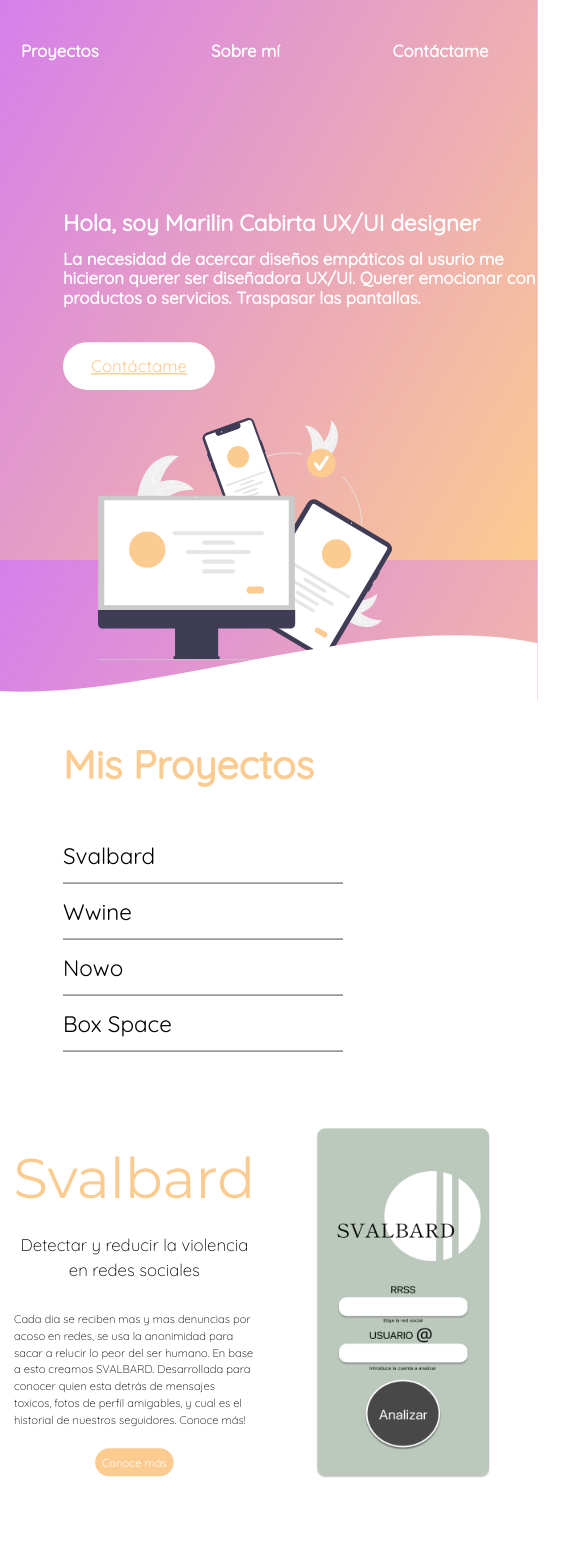
Repository: Marilyncabirta/portfolioHTML
Page: index.html
An editor plug-in stored every save of this project. The page is shown before and after the next save, followed by the edit.
The browser window is 768 px wide. The page is 818 px wide, so the pictures cover 818 px, including what lies to the right of the window. The pictures show the part of the page from y = 0 to 2240 px (the page is 4553 px tall), at 70% of full size.
Backgrounds fixed to the window are drawn as part of the page. Some web libraries are served in a nearby version.

Above is the page before, as saved 2022-12-16 13:05:28.

### index.html
<!DOCTYPE html>
<html lang="es">
<head>
    <meta charset="UTF-8">
    <meta name="viewport" content="width=device-width, initial-scale=1.0">
    <title>Portafolio AlexCG</title>
    <link rel="stylesheet" href="css/normalize.css">
    <link rel="stylesheet" href="css/estilos.css">
    <link rel="preconnect" href="https://fonts.googleapis.com">
<link rel="preconnect" href="https://fonts.gstatic.com" crossorigin>
<link href="https://fonts.googleapis.com/css2?family=Montserrat:wght@100;400;700&family=Quicksand:wght@300;400&display=swap" rel="stylesheet">
</head>


<body>

    <header class="hero">
        <div class="contenedor">
            <nav class="nav">
                <a href="" class="nav__items nav__items--cta">Proyectos</a>
                <a href="" class="nav__items">Sobre mí</a>
                <a href="" class="nav__items">Contáctame</a>
            </nav>

            <section class="hero__contenedor">
                <div class="hero__texts">
                    <h1 class="hero__title">Hola, soy Marilin Cabirta UX/UI designer</h1>
                    <h2 class="hero_subtitle">La necesidad de acercar diseños empáticos al usurio me hicieron querer ser diseñadora UX/UI. Querer emocionar con productos o servicios. Traspasar las pantallas.</h2>
                    <a href="" class="hero_cta">Contáctame</a>
                </div>
                <div class="contenedor_ilustraciones">
                    <img class="hero_image" src="assets/hero1.svg" alt="marilincabirta">
                </div>
            </section>
        </div>
        <div>
            <div class="hero_wave" style= "overflow:hidden;" ><svg viewBox="0 0 500 150" preserveAspectRatio="none" style="height: 100%; width: 100%;"><path d="M-0.56,130.76 C150.00,150.00 349.20,-49.99 503.38,30.10 L500.00,150.00 L0.00,150.00 Z" style="stroke: none; fill: #fff;"></path></svg></div>
        </div>
    </header>

    <main >
        <section class="presentacion__container">
            <h2 class="subtitle--h2">Mis Proyectos</h2>
            <div class="lista">
                <ul>
                    <li><a class="nombres" href="#">Svalbard<a></li>
                        <div class="linea"></div>
                    <li><a class="nombres" href="#">Wwine</a></li>
                        <div class="linea"></div>
                    <li><a class="nombres" href="#">Nowo</a></li>
                        <div class="linea"></div>
                    <li><a class="nombres" href="#">Box Space</a></li>
                        <div class="linea"></div>

                </ul>
            </div>
        </section>

        <section class="about__container">
            <div class="about__texts">
                <h2 class="subtitle">Svalbard</h2>
                <p class="about__paragraph">Detectar y reducir la violencia en redes sociales</p>
                <p class="about__content">Cada dia se reciben mas y mas denuncias por acoso en redes, se usa la anonimidad para sacar a relucir lo peor del ser humano. En base a esto creamos SVALBARD. Desarrollada para conocer quien esta detrás de mensajes toxicos, fotos de perfil amigables, y cual es el historial de nuestros seguidores. Conoce más!</p>
                <a class="about__button" href="">Conoce más</a>
            </div>
            <div class="about__img">
                <img class="about__picture" src="assets/LOG IN.png"   alt="">
            </div>
        </section>

        <section class="about__container">
            <div class="about__img">
                <img src="assets/wwine mockup.jpg" class="about__picture"alt="">
            </div>
            <div class="about__texts">
                <h2 class="subtitle">Wwine</h2>
                <p class="about__paragraph">¿Quién no ha deseado alguna vez poder saber más de un vino antes de comprarlo?</p>
                <p class="about__content">Le damos forma a los deseos de todos los consumidores de vino y desarrollamos este dispositivo para poder conocer las propiedades olfativas de un vino antes de comprarlo. No nos crees? Te contamos más!</p>
                <a class="about__button" href="">Conoce más</a>
            </div>

        </section>

        <section class="about__container">
            <div class="about__texts">
                <h2 class="subtitle">Nowo</h2>
                <p class="about__paragraph">Mejoramos tu forma de viajar</p>
                <p class="about__content">Millones de personas se desplazan todos los días por ocio o por trabajo y su principal carga son las maletas. Venimos a revolucionar el concepto de viajar. Nosotros nos ocupamos de las maletas, ofreciéndote los packs más completos para que nada te falte!</p>
                <a class="about__button" href="">Conoce más</a>
            </div>
            <div class="about__img">
                <img src="assets/Nowo by rebellion 1.jpg" class="about__picture" alt="">
            </div>
        </section>

        <section class="about__container">
            <div class="about__img">
                <img src="assets/mock uo.jpg" class="about__picture" alt="">
            </div>
            <div class="about__texts">
                <h2 class="subtitle">Box Space</h2>
                <p class="about__paragraph">Como conseguimos que haya más usuarios en los parques urbanos?</p>
                <p class="about__content">Esta App fue creada para mejorar la asistencia a los parques urbanos. En un mundo con prisas, acercamos la tecnología y la era digital a aquellos entornos naturales que nos encanta disfrutar, pero que todavía no nos permiten desarrollar todas nuestras facetas diarias cómodamente.Descúbrela!</p>
                <a class="about__button" href="">Conoce más</a>
            </div>

        </section>

    </main>

    <footer class="footer">
        <div container class="container footer__grid">
            <nav class="nav nav--footer">
                <a class="nav_items nav__items--footer" href="">Inicio </a>
                <a class="nav_items nav__items--footer" href="">Sobre mí</a>
                <a class="nav_items nav__items--footer" href="">Proyectos</a>
            </nav>

            <section class="footer__contact">
                <h3 class="footer__title"> Contáctame</h3>
                <div class="footer__icons">
                    <span class="footer__container-icons">
                        <a href="#" class="fab fa-medium footer__icon"></a>
                    </span>
                    <span class="footer__container-icons">
                        <a href="#" class="fab fa-linkedin footer__icon"></a>
                    </span>
                    <span class="footer__container-icons">
                        <a href="#" class="fab fa-mailchimp footer__icon"></a>
                    </span>

                </div>
            </section>



        </div>
    </footer>







    <script src="https://kit.fontawesome.com/b4fd9d412c.js" crossorigin="anonymous"></script>
</body>
</html>

### css/estilos.css

@import url('https://fonts.googleapis.com/css2?family=Montserrat:wght@100;400;700&family=Quicksand:wght@300;400&display=swap');


:root{
    --background:linear-gradient(120deg,#d57feb   0%,#fccb90 100%);
    --color-secondary:#fccb90;
    --color-primary: white;
    --boton-padding: 20px 40px;
}
body{

    font-family: 'Montserrat', sans-serif;
    font-family: 'Quicksand', sans-serif;
}

.hero{
    width: 100%;
    height: 1000px;
    background-image: var(--background);
    background-repeat: no-repeat;
    background-attachment: fixed;
    position: relative;
}

.contenedor{
  padding: 20px 0;

}
.hero__contenedor{
    width: 100%;
    display: grid;
    grid-template-columns: 1fr 1fr ;
    height: 100%;
    justify-content: space-evenly;
    align-items: center;
    padding-bottom: 50px;
    margin: 50px;

}


.contenedor_ilustraciones{
    width: 800px;
    height: auto;
    text-align: center;
    justify-content: center;
}

.hero__texts{
    width: 50%;
    height: inherit;
    color: white;
    margin-top: 20px;
    margin: 0 60px;
}
.hero_image{
    width: 70%
}

.hero_wave{
    position: absolute;
    bottom: 0;
    left: 0;
    height: 100px;
    width: 100%;
}

.nav{
    display: flex;
    justify-content: flex-end;
    height: 80px;
    align-items: right;
    font-weight: 700;
    margin-top: 30px;

}

.nav--footer{
    font-weight: 300;
    justify-content: flex-start;
}

.nav__items{
    color: white;
    text-decoration: none;
    font-size: 32px;
    padding: 20px 15px;
    margin-right: 40px;
    font-weight: inherit;
}

.nav__items--cta{
    border: 2px solid white;
    border-radius: 40px;
}

.nav__items:hover{
    text-decoration: underline;
}
.nav__items--footer{
    padding: 10px;
}



.hero_cta{
    display: inline-block;
    font-size: 24px;
    background-color: var(--color-primary);
    color: #fccb90;
    padding: 20px 40px;
    margin-top: 30px;
    border-radius: 40px;
    text-align: center;
    justify-content: center;
}

.hero__texts{
    width: 90%;
    margin: 40px;
}

.hero__title{
    font-size: 60px;
    margin-top: 80px;

}

.hero__subtitle{
    font-size: 2rem;
    font-weight: 400;
    margin: 20px 0;
}

/* presentacion proyectos */



.presentacion__container{
    width: 60%;
    height: auto;
    padding-top: 0;
    text-align: center;
    text-decoration: none;
    margin-left: 50px;
}

.subtitle{
    font-size: 56px;
    color:var(--color-secondary);
    padding-bottom: 10px;
    font-weight: 700;
    text-align: center;
    margin: 40px;
}
.subtitle--h2{
    font-size: 56px;
    color:var(--color-secondary);
    padding-bottom: 10px;
    font-weight: 700;
    text-align: center;
    margin: 60px 40px;
    text-align: left;
}

.presentacion__container li{
    font-size: 32px;
    margin-top: 10px;
    padding: 10px 0;
    text-decoration: none;
}

.lista li{
 text-decoration: none;
 list-style: none;
 text-align: left;

}

.lista a{
    text-decoration: none;
    color: black;

}

.lista li:hover{
    font-size: 3.5rem;
    transition: 1s;
}

.lista div{
    border-top: 1px solid black;
    height: 2px;
    max-width: 400px;
    padding: 0;
    margin: 10px 0 auto 0;

}

.about__container{
    width: 70%;
    min-height: 800px;
    max-width: 1300px;
    height: auto;
    display: grid;
    grid-template-columns: 1fr 1fr ;
    margin: 60px auto;
    background-color: var(--color-primary);
    align-items: center;

}

.about__texts{

    justify-content: center;
    text-align: left;
    margin: 20px ;

}
.about__img{
     justify-content: center;
    text-align: center;
    margin: 20px;

}

.subtitle{
    font-size: 80px;
    font-family: "Montserrat";
    font-weight: 400;
    margin: 10px auto;

}



.about__picture{
    width: 250px;
    height: 500px;
    max-height: 800px;
}

.about__paragraph{
    margin: 20px;
    line-height: 1.5;
    font-weight: 300;
    font-size: 24px;
}

.about__content{
    font-size: 16px;
    margin: 40px 20px;
    text-align: left;
    line-height: 1.5;
    font-weight: 300;
}

.about__button{
    margin: 60px 20px;
    padding: 10px 10px;
    background-color:var(--color-secondary);
    color: white;
    border-radius: 20px;
    text-align: center;
    text-decoration: none;
}

/* footer */

.footer{
    background:var(--background);
    padding-bottom: 40px;



}

.footer__grid{
    display: grid;
    grid-template-columns: 3fr 2fr;
    gap: 20px;
    align-items: center;
    margin: 40px;
}

.nav_items{
    text-decoration: none;
    color: white;
    font-size: 20px;
    margin:0 0 0 10px;
}

.footer__title{
    font-weight: 400;
    color: white;
    font-size:2rem ;
    margin-bottom: 20px;
    text-align: center;
}

.footer__icons{
    display: flex;
    justify-content: space-evenly;
    font-size: 32px;
}

.footer__container-icons{
    display: inline-block;
    width: 60px;
    height: 60px;
    color: white;
    text-align: center;
    border: 1px solid white;
    border-radius: 50%;

}

.footer__icon{
    color: white;
    text-decoration: none;
    font-size: 30px;

}

.fab.footer__icon{
line-height: 60px;
text-decoration: underline;
}


/* responsive design */

@media screen and (max-width:800px){
        :root{
            --botton-padding:18px 40px;
        }

        .nav{
            justify-content:space-between
        }
        .nav__items--cta{
            border: none;
        }

        .nav__items{
            color: white;
            text-decoration: none;
            font-size: 24px;
            padding: 10px 30px;
            font-weight: inherit;
        }

        .nav__items--footer{
            border: none;
        }

        .hero__contenedor{
            width: 100%;
            height: auto;
            display: grid;
            grid-template-columns: 1fr ;
            height: auto;
            justify-content: center;
            align-items: center;
            padding-bottom: 40px;
            margin: 50px;

        }

        .hero__title{
            font-size: 2rem;
            margin-bottom: 20px;
        }

        .contenedor_ilustraciones{
            width: 600px;
            height: 600px
        }

        .about__container{
            width: 100%;
            min-height: 600px;
        }
        .about__texts{
            width: 100%;
            justify-content: center;
            text-align: center;
            margin: 60px 0px;

        }

        .hero_image{
            width: 70%;
        }

        .presentacion__container{
            width: 100%;
        }

         .about__img{
            width: auto;
            text-align: center;
        }
    .footer{
        width: 100%;
    }
}




@media screen and (max-width:500px){

    :root{
        --botton-padding:15px 20px;
    }

    .hero{
        width: 100%;
        height: auto;
        position: relative;
    }
    .hero__contenedor{
        width: 100%;
        display: grid;
        grid-template-columns: 1fr;
        height: 100%;
        justify-content: center;
        align-items: center;
        padding-bottom: 80px;

    }
    .nav{
        flex-wrap: nowrap;
        justify-content: space-evenly;
        margin-top: 10px;

    }
    .nav__items--cta{
        border: none;
    }

    .nav__items{
        color: white;
        text-decoration: none;
        font-size: 20px;
        padding: 10px 20px;
        margin-right: 20px;

    }

    .nav__items--footer{
        border: none;
    }


    .hero__texts{
        margin-bottom: 50px;
        text-align: center;
    }
    .hero__title{
        font-size: 2rem;
        margin-bottom: 20px;
    }

    .hero__subtitle{
        font-size: 2rem;
        margin-bottom: 20px;
    }


    /* about */

    .subtitle{
        font-size: 2.5rem;
    }
    .about__paragraph{
        margin: 10px 10px;
        line-height: 1.5;
        font-weight: 300;
        font-size: 16px;
        text-align: left;
    }

    .about__content{
        font-size: 16px;
        margin: 10px 10px 40px 10px ;
        text-align: left;
        line-height: 1.5;
        font-weight: 300;
    }

    .nombres{
        font-size: 24px;
    }

    .about__container{
        width: 80%;
        min-height: 600px;
        height: auto;
        display: grid;
        margin: 20px auto;
        background-color: var(--color-primary);
        align-items: center;
     }

     .about__picture{
        width: 140px;
        height: 300px;
        max-height: 800px;

    }
     .contenedor_ilustraciones{
        width: 100%;
        height: auto;
        text-align: center;
        justify-content: center;
    }

    .about__texts:nth-child(2), :nth-child(4){
        grid-row: 1/2;
     }

     /* Footer */
     }

Loaded but not shown: css/normalize.css (library)

After the next save:
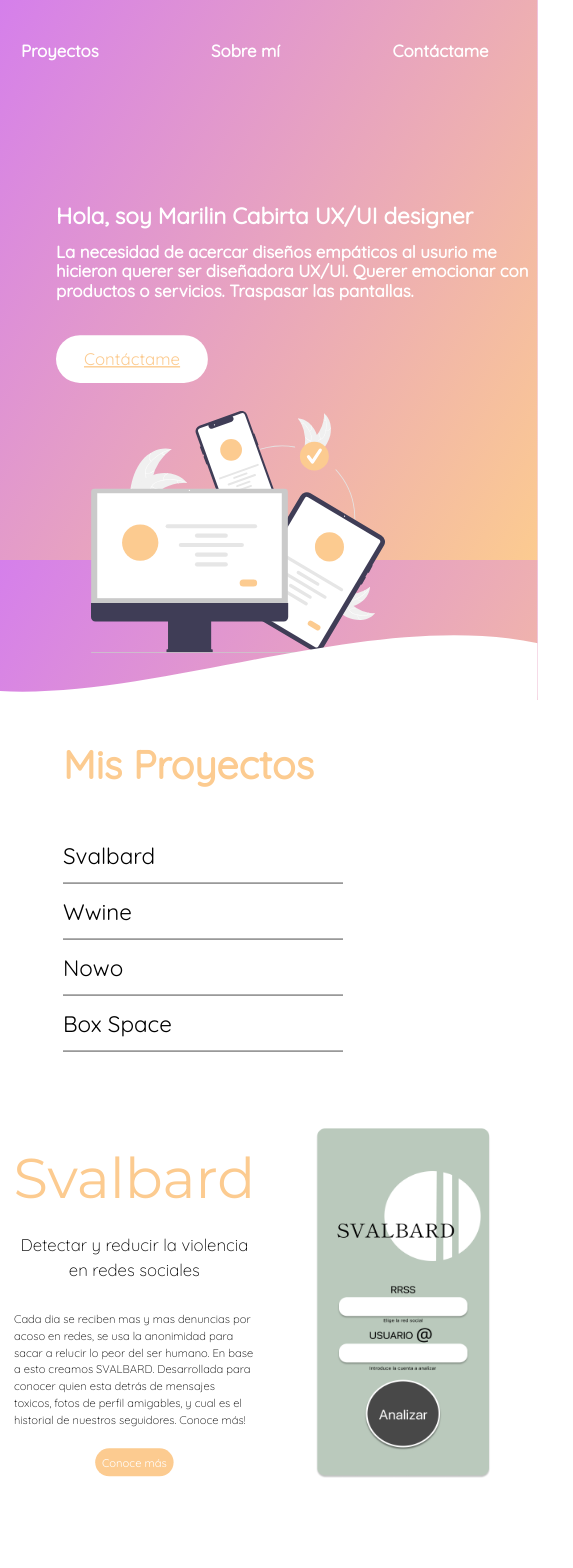
Saved 8 s later.
--- a/css/estilos.css
+++ b/css/estilos.css
@@ -363,8 +363,8 @@ text-decoration: underline;
             height: auto;
             justify-content: center;
             align-items: center;
-            padding-bottom: 40px;
-            margin: 50px;
+            padding-bottom: 50px;
+            margin: 40px;
 
         }
 
